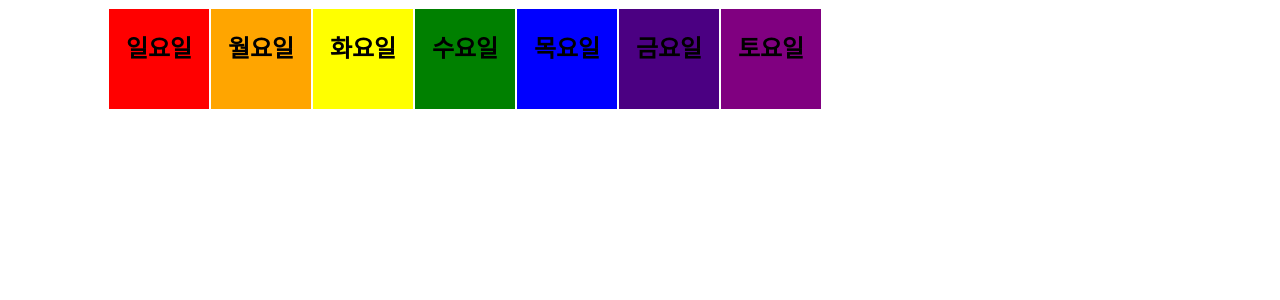
Repository: skim24245/web_workspace_src
Page: Lecture-Web/src/main/webapp/Jquery/html05.html
An editor plug-in stored every save of this project. The page is shown before and after the next save, followed by the edit.
The browser window is 1280 px wide. The pictures show the whole page.

Above is the page before, as saved 2022-05-30 09:34:09.

After the next save:
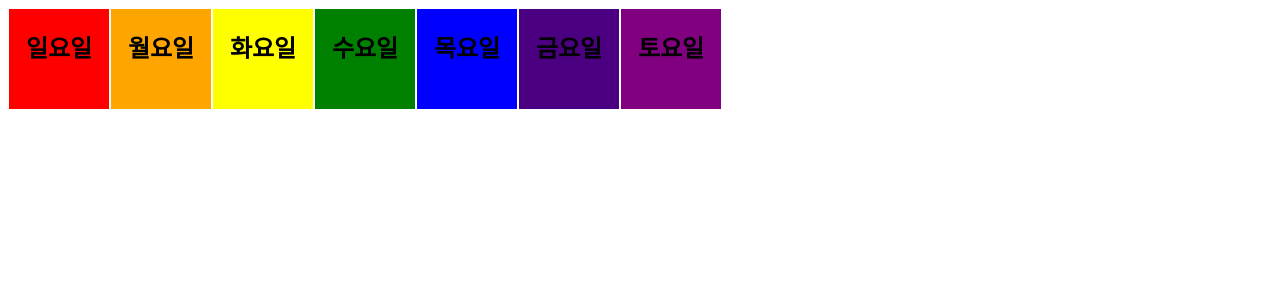
Console error: SyntaxError: Unexpected end of input
Saved 9 min 17 s later.
--- a/Lecture-Web/src/main/webapp/Jquery/html05.html
+++ b/Lecture-Web/src/main/webapp/Jquery/html05.html
@@ -13,7 +13,6 @@ display: flex;
 justify-content:center;
 align-content:center;
 border:1px solid white;
-
 }
 
 h2{
@@ -93,11 +92,16 @@ position:  relative;
 
 <script>
  $(document).ready(function(){
-	$('div').animate({
+	$('div').mousemove(function(){
+		$('this').mousemove({
 		width : '100px',
 		left : '100px'
 	},2000)
 })
+
+
+
+
 
 
 </script>
